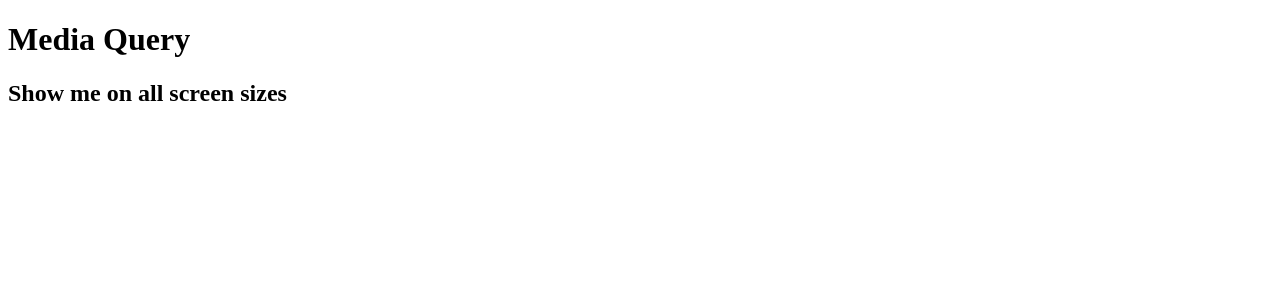
Repository: UnegbuAbigail/3-columns-cards
Page: mediaquery.html
These files come from the project's save history. The page is drawn as it stood at one moment and after the next save; the edit follows.
The browser window is 1280 px wide. The pictures show the whole page.

Above is the page before, as saved 2024-08-03 15:03:00.

After the next save:
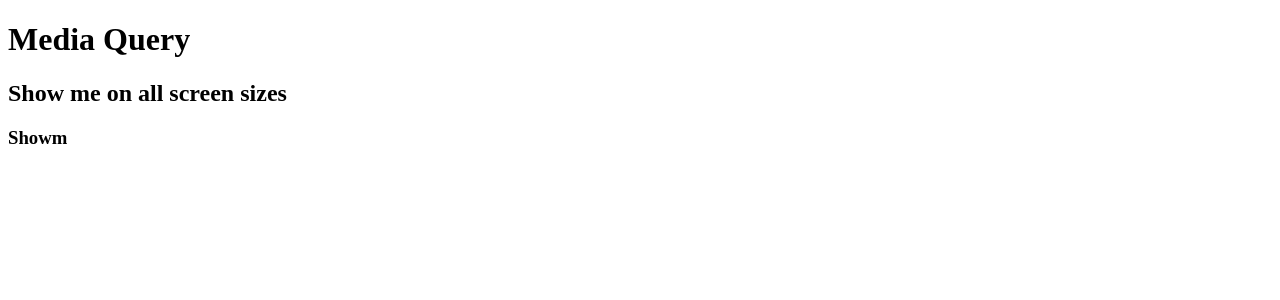
Saved 7 s later.
--- a/mediaquery.html
+++ b/mediaquery.html
@@ -9,7 +9,7 @@
     <main>
         <h1>Media Query</h1>
         <h2>Show me on all screen sizes</h2>
-
+        <h3>Showm</h3>
     </main>
 </body>
 </html>
